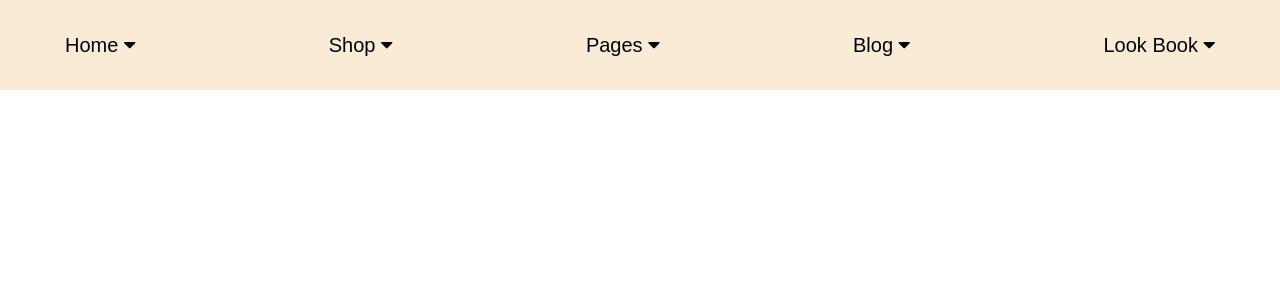
Repository: MorgunovaAlexandra/beauti
Page: index.html
These files come from the project's save history. The page is drawn as it stood at one moment and after the next save; the edit follows.
The browser window is 1280 px wide. The pictures show the whole page.

Above is the page before, as saved 2022-08-24 13:55:37.

After the next save:
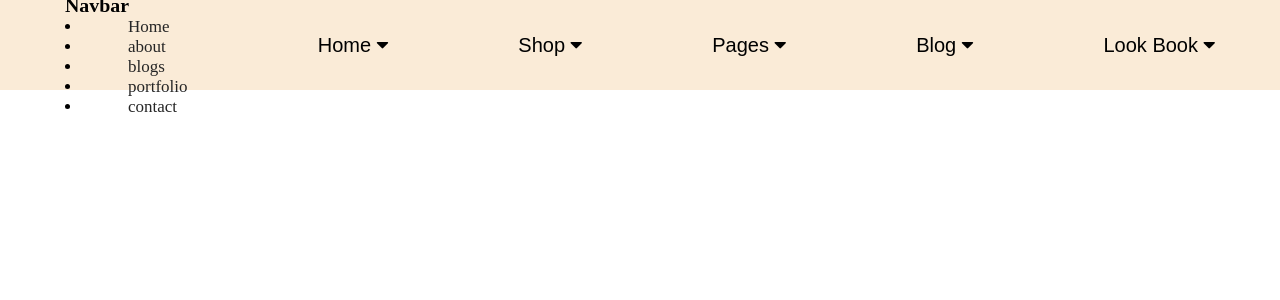
Saved 117 s later.
--- a/index.html
+++ b/index.html
@@ -13,7 +13,28 @@
         <header class="header">
             <div class="header-container _container">
             <nav class="header-nav">
-
+                <nav>
+                    <div class="navbar">
+                      <div class="container nav-container">
+                          <input class="checkbox" type="checkbox" name="" id="" />
+                          <div class="hamburger-lines">
+                            <span class="line line1"></span>
+                            <span class="line line2"></span>
+                            <span class="line line3"></span>
+                          </div>
+                        <div class="logo">
+                          <h1>Navbar</h1>
+                        </div>
+                        <div class="menu-items">
+                          <li><a href="#">Home</a></li>
+                          <li><a href="#">about</a></li>
+                          <li><a href="#">blogs</a></li>
+                          <li><a href="#">portfolio</a></li>
+                          <li><a href="#">contact</a></li>
+                        </div>
+                      </div>
+                    </div>
+                  </nav>
                 <div class="dropdown">
                     <button class="dropbtn">Home
                       <i class="fa fa-caret-down faa"></i>
